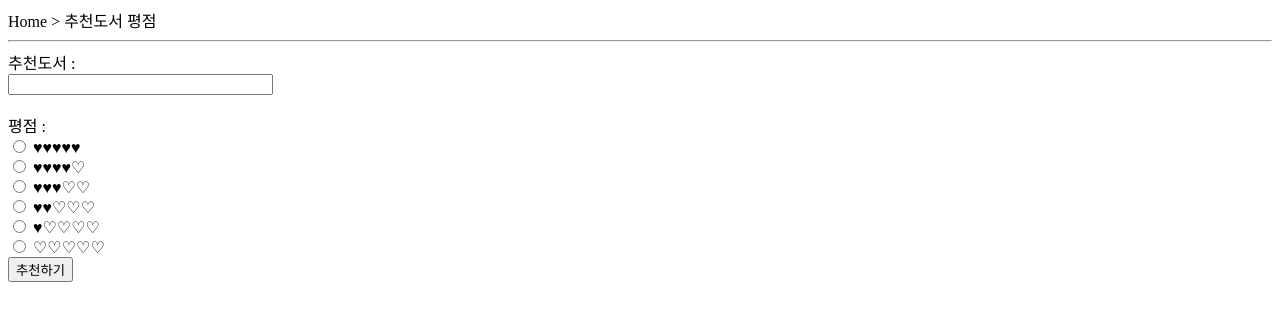
Repository: parkgyutaee/My_JAVA_Project
Page: http://localhost/JSPStudy/handler_function.jsp
The author's editor kept a copy of each file at every save. The page is drawn from the files as they stood at one save, then again after the next save.
The browser window is 1280 px wide. The pictures show the whole page.
The page is served by Tomcat 10. Other server files are loaded and not shown.

Above is the page before, as saved 2025-07-10 06:18:35.

### Workspace/JSPStudy/src/main/webapp/handler_function.jsp
<%@ page language="java" contentType="text/html; charset=UTF-8"
    pageEncoding="UTF-8"%>
<!DOCTYPE html>
<html>
<head>
<meta charset="UTF-8">
<title>자바스크립트 사용 유효성 검사</title>
<script type="text/javascript">
	var call_func = function check_function() {
		alert("추천 도서 : " + document.grade_form.book.value + "\r\n" +
				 "평점 :  " + document.grade_form.grade.value
		);
	};
</script>
</head>
<body>
	Home > 추천도서 평점
	<hr>
	<form action="#" name = "grade_form">
		추천도서 : <br>
		<input type = "text" name = "book" size = "30"> <br><br>
		평점 : <br>
		<input type = "radio" name = "grade" value = "♥♥♥♥♥"> ♥♥♥♥♥ <br>
		<input type = "radio" name = "grade" value = "♥♥♥♥♡"> ♥♥♥♥♡ <br>
		<input type = "radio" name = "grade" value = "♥♥♥♡♡"> ♥♥♥♡♡ <br>
		<input type = "radio" name = "grade" value = "♥♥♡♡♡"> ♥♥♡♡♡ <br>
		<input type = "radio" name = "grade" value = "♥♡♡♡♡"> ♥♡♡♡♡ <br>
		<input type = "radio" name = "grade" value = "♡♡♡♡♡"> ♡♡♡♡♡ <br>

		<input type = "submit" value = "추천하기" onclick = "call_func()"> &nbsp;
	</form>
</body>
</html>

After the next save:
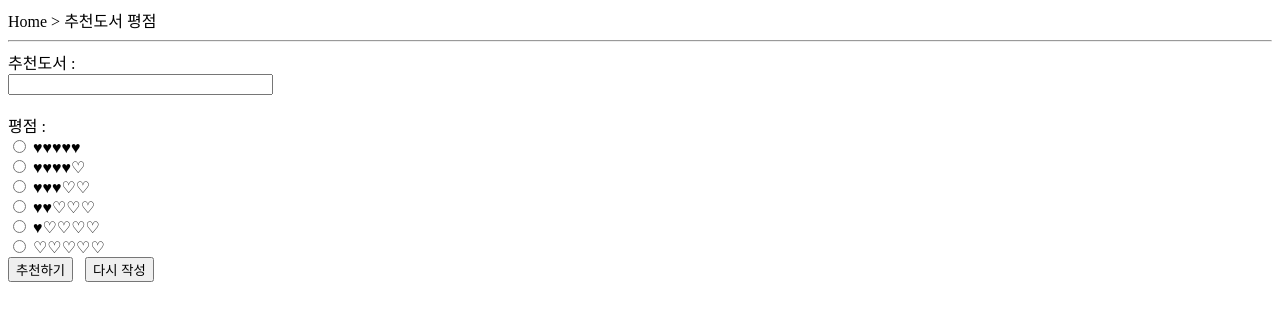
Saved 25 s later.
--- a/Workspace/JSPStudy/src/main/webapp/handler_function.jsp
+++ b/Workspace/JSPStudy/src/main/webapp/handler_function.jsp
@@ -28,6 +28,7 @@
 		<input type = "radio" name = "grade" value = "♡♡♡♡♡"> ♡♡♡♡♡ <br>
 
 		<input type = "submit" value = "추천하기" onclick = "call_func()"> &nbsp;
+		<input type = "reset" value = "다시 작성" >
 	</form>
 </body>
 </html>
